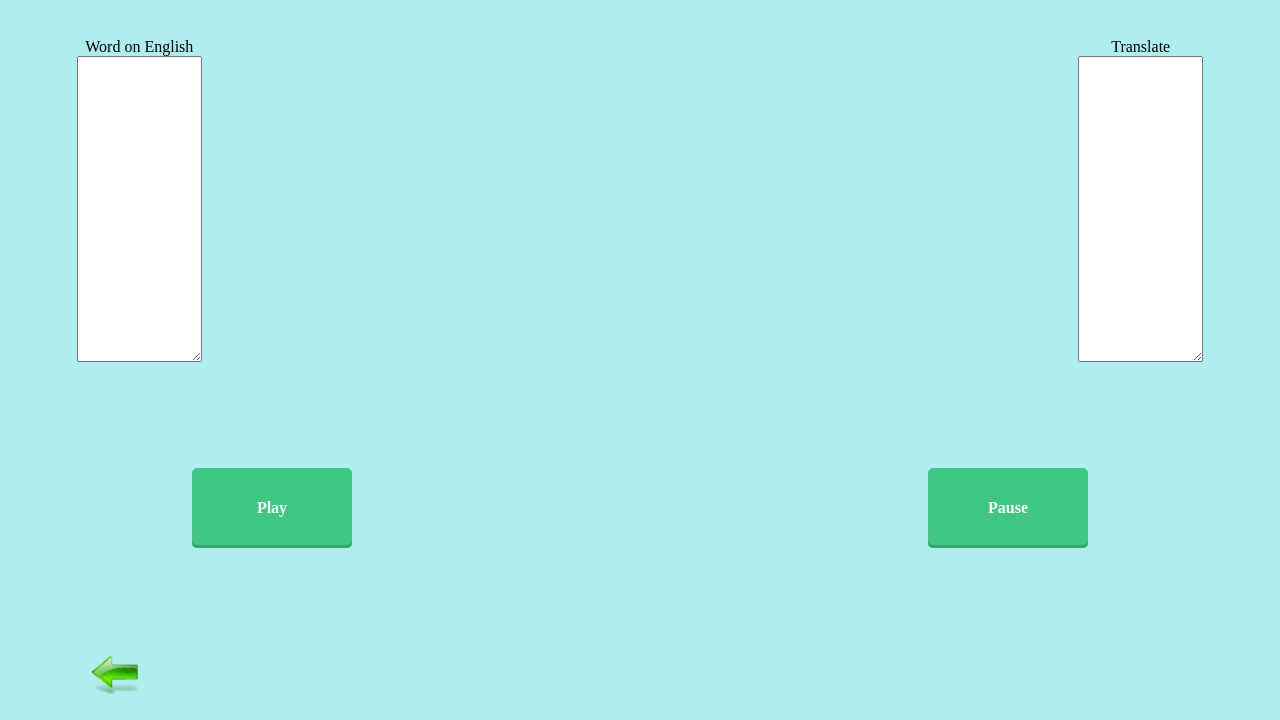
Repository: Artem-Brunov/msu_prac
Page: workspace/BasicUI/FastPlay.html
An editor plug-in stored every save of this project. The page is shown before and after the next save, followed by the edit.
The browser window is 1280 px wide. The pictures show the whole page.
Some web libraries are served in a nearby version.

Above is the page before, as saved 2017-11-20 23:56:36.

### workspace/BasicUI/FastPlay.html
<!DOCTYPE html>
<html>
<head>
    <meta charset="utf-8" />
    <meta name="viewport" content="width=device-width, initial-scale=1.0, maximum-scale=1.0">
    <meta name="description" content="Tizen Mobile Web Basic Template" />

    <title>Tizen Mobile Web Basic Application</title>

	<link rel="stylesheet" type="text/css" href="css/style.css" />
    <link rel="stylesheet" type="text/css" href="css/NewPlaylist.css" />
    <script src = "js/FastPlay.js"></script>
    <script src = "https://ajax.googleapis.com/ajax/libs/jquery/1.10.2/jquery.min.js"></script>
</head>
<body>
	<div class = "take_1">
		<form name = "Eng">

  			<p align = "center">Word on English<br>
  				<textarea cols = "13" rows = "20" wrap = "hard" name = "EngW"></textarea>
  			</p>
  		</form>
  	</div>
  	<div class = take_2>
  		<form name = "Trnslt">
  			<p align = "center">Translate<br>
  				<textarea cols = "13" rows = "20" wrap = "hard" name = "Transl"></textarea>
  			</p>
 		</form>
 	</div>
	<div class = "FP">
		<a href = "#" onClick = "Play()" class = "first_button">Play</a>
	</div>
	<div class = "FP_2">
		<a href = "#" onClick = "Play(0)" class = "first_button">Pause</a>
	</div>
	<div class = "BBack">
			<a href = "index.html"><img src="images/Back.png" width="50"
  height="50" alt="One step back"></a>
		</div>
</body>
</html>

### workspace/BasicUI/css/style.css
html,
body {
    width: 100%;
    height: 100%;
    margin: 0 auto;
    padding: 0;
    background: PaleTurquoise;
 }
 .titl{

 	position: absolute;
 	left: 25.5%;
 	top: 10%;
 	color: Gray;
 }
 a.first_button {

	display: block;
	width: 160px;
	height: 80px;
  	line-height: 5em;
	border-radius: 5px;
 	background: rgb(64,199,129);
	box-shadow: 0 -3px rgb(53,167,110) inset;
	font-weight: 900;
  	color: white;
  	text-align: center;
  	text-decoration: none;
  	transition: 0.2s;
}
a.first_button:hover { background: rgb(53, 167, 110); }
a.first_button:active {
  background: rgb(33,147,90);
  box-shadow: 0 3px rgb(33,147,90) inset;
}
.New {
	position: absolute;
  	top: 47%;
  	left: 28%;

}
.Select {
	position: absolute;
  	top: 64%;
  	left: 28%;

}
.FastPlay {
	position: absolute;
  	top: 30%;
  	left: 28%;

}

### workspace/BasicUI/css/NewPlaylist.css
.Return {
	position: absolute;
  	top: 24%;
  	left:50%;

}
.Add {
	position: absolute;
  	top: 4%;
  	left: 50%;
}
.BBack{
	position: absolute;
  	top: 90%;
  	left: 7%;
}
.Settings{
	position: absolute;
	left: 18%;
	top: 10%;
 	color: Gray;
}
.take_1{
	position: absolute;
	left: 6%;
	top: 3%;
}
.take_2{
	position: absolute;
	right: 6%;
	top: 3%;
}
.FP{
	position: absolute;
	left: 15%;
	top: 65%;
}
.FP_2{
	position: absolute;
	right: 15%;
	top: 65%;
}

### workspace/BasicUI/js/FastPlay.js
function Play(){
	var word_list = [];
	var translate_list = [];
	var msg, trnslt;
	word_list = document.forms["Eng"].elements["EngW"].value.split("\n");
	translate_list = document.forms["Trnslt"].elements["Transl"].value.split("\n");


	for(var i = 0; i < word_list.length; i++)
	{
		msg = new SpeechSynthesisUtterance(word_list[i]);
		trnslt = new SpeechSynthesisUtterance(translate_list[i]);
		msg.lang = 'en-US';
		window.speechSynthesis.speak(msg);
		window.speechSynthesis.speak(trnslt);
	}
}

After the next save:
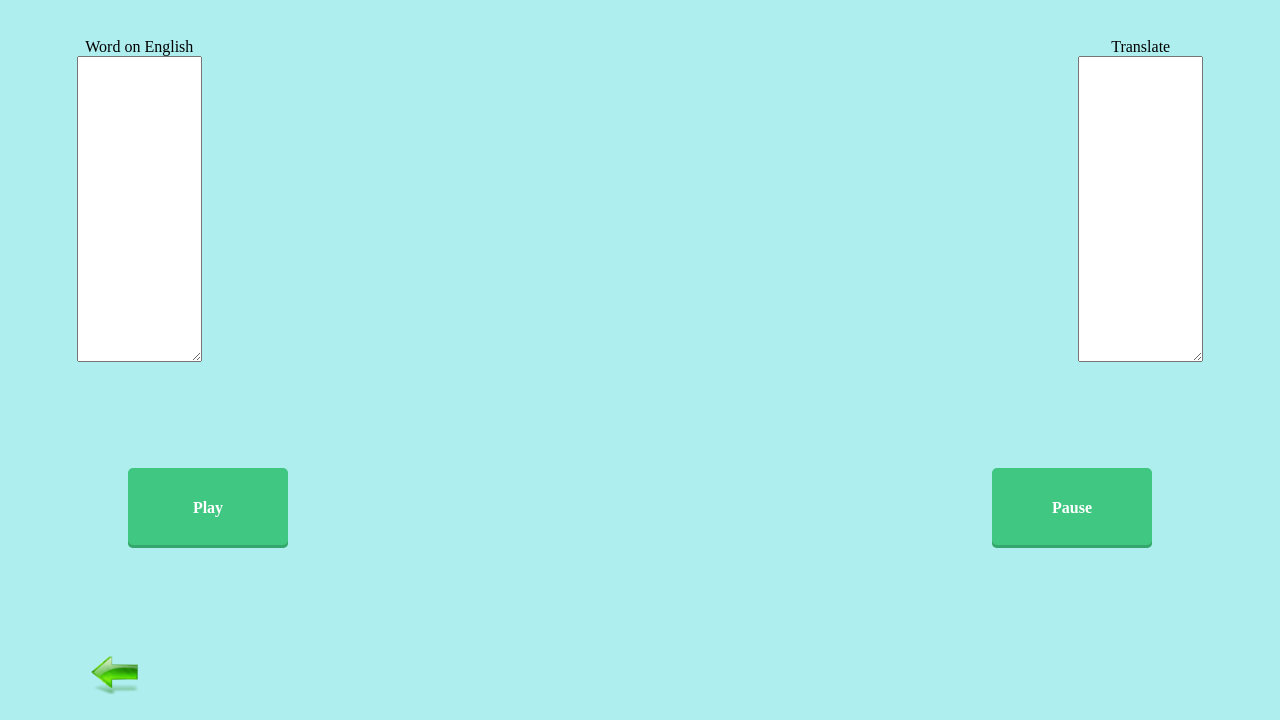
Saved 105 s later.
--- a/workspace/BasicUI/css/NewPlaylist.css
+++ b/workspace/BasicUI/css/NewPlaylist.css
@@ -32,11 +32,11 @@
 }
 .FP{
 	position: absolute;
-	left: 15%;
+	left: 10%;
 	top: 65%;
 }
 .FP_2{
 	position: absolute;
-	right: 15%;
+	right: 10%;
 	top: 65%;
 }
